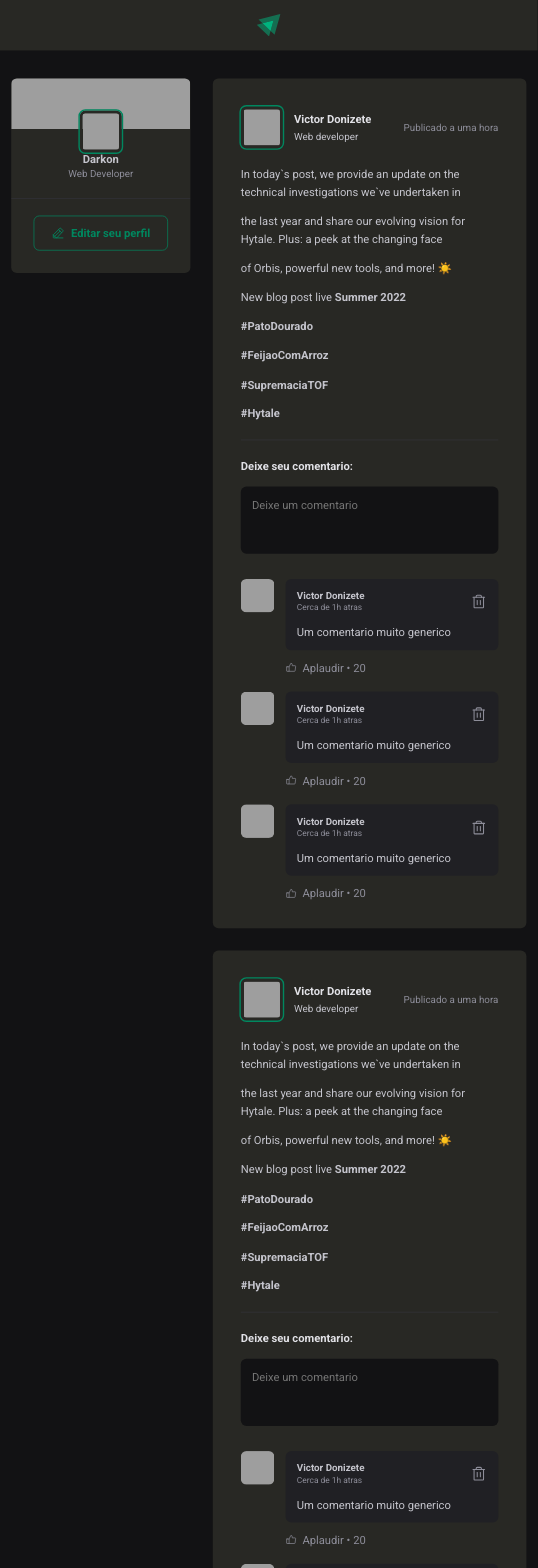
Repository: viviij/PseudoRedeSocial
Page: /
An editor plug-in stored every save of this project. The page is shown before and after the next save, followed by the edit.
The browser window is 768 px wide. The pictures show the part of the page from y = 0 to 2240 px (the page is 2612 px tall before and 2820 px after), at 70% of full size.
Pictures or frames that could not be fetched are drawn as grey boxes. The project was rebuilt for these pictures with package versions that can differ from the ones it lists, and the page was loaded fresh each time. Also part of the build but not shown: vite.config.js.

Above is the page before, as saved 2022-08-02 15:11:44.

### index.html
<!DOCTYPE html>
<html lang="en">
  <head>
    <meta charset="UTF-8" />
    <link rel="preconnect" href="https://fonts.googleapis.com">
    <link rel="preconnect" href="https://fonts.gstatic.com" crossorigin>
    <link rel="icon" type="image/svg+xml" href="/vite.svg" />
    <meta name="viewport" content="width=device-width, initial-scale=1.0" />
    <link href="https://fonts.googleapis.com/css2?family=Roboto:wght@400;700&display=swap" rel="stylesheet">
    <title>RedeSocial</title>
  </head>
  <body>
    <div id="root"></div>
    <script type="module" src="/src/main.jsx"></script>
  </body>
</html>

### src/App.jsx
import { Header } from "./components/header";
import { Sidebar } from "./components/Sidebar"
import { Post } from "./components/Post"

import styles from "./App.module.css"
import "./global.css"
export function App() {
  return (
    <div>
      <Header />

      <div className={styles.wrapper}>
        <Sidebar />
        <main>
          <Post
            author="Victor Donizete"
            content="Texto generico criado apenas para simular uma postagem"
          />
          <Post
            author="Fernanda Medeiros"
            content="Texto generico criado apenas para simular uma postagem"
          />
        </main>
      </div>
    </div>
  )
}

### src/components/header.jsx
import styles from "./Header.module.css"

import IgniteLogo from '../assets/IgniteLogo.svg'

export function Header() {
  return (
    <header className={styles.header}>
      <img src={IgniteLogo} alt="Logo da ignite" />
    </header>
  )
}

### src/components/Sidebar.jsx
import styles from "./Sidebar.module.css"
import { PencilLine } from "phosphor-react"
import { Avatar } from "./Avatar"

export function Sidebar() {
  return (
    <aside className={styles.sidebar}>
      <img
        className={styles.cover}
        src="https://images.unsplash.com/photo-1659095579647-7c1bbc73b36f?ixlib=rb-1.2.1&ixid=MnwxMjA3fDB8MHxlZGl0b3JpYWwtZmVlZHw1fHx8ZW58MHx8fHw%3D&auto=format&fit=crop&w=500&q=10" alt="plano de fundo"
      />

      <div className={styles.profile}>
        <Avatar
          src="https://github.com/viviij.png"
          alt="Foto de perfil"
        />

        <strong>Darkon</strong>
        <span>Web Developer</span>
      </div>

      <footer>
        <a
          href="#">
          <PencilLine
            size={20}
          />
          Editar seu perfil
        </a>
      </footer>
    </aside>
  )
}

### src/components/Post.jsx
import { Avatar } from "./Avatar"
import { Comment } from "./Comment"
import styles from "./Post.module.css"

export function Post() {
  return (
    <article className={styles.post}>
      <header>
        <div className={styles.author}>
          <Avatar src="https://github.com/viviij.png" alt="Foto do perfil" />
          <div className={styles.authorInfo}>
            <strong>Victor Donizete</strong>
            <span>Web developer</span>
          </div>
        </div>
        <time title="1 de agosto as 00:13h" dateTime="2022-05-11 00:13:46">Publicado a uma hora</time>
      </header>

      <div className={styles.content}>
        <p> In today`s post, we provide an update on the technical investigations we`ve undertaken in</p> <p> the last year and share our evolving vision for Hytale. Plus: a peek at the changing face </p>
        <p> of Orbis, powerful new tools, and more! ☀️ </p>
        <p>New blog post live <a href="https://hytale.com/news/2022/7/summer-2022-development-update">Summer 2022</a></p>

        <p><a href="#">#PatoDourado</a></p>{' '}
        <p><a href="#">#FeijaoComArroz</a></p>{' '}
        <p><a href="#">#SupremaciaTOF</a></p>{' '}
        <p><a href="#">#Hytale</a></p>
      </div>

      <form className={styles.commentForm}>
        <strong>Deixe seu comentario: </strong>

        <textarea
          placeholder="Deixe um comentario"
        />
        <footer>
          <button type="submit">Comentar</button>

        </footer>
      </form>

      <div className={styles.commentList}>
        <Comment />
        <Comment />
        <Comment />
      </div>
    </article>
  )
}

### src/App.module.css
.wrapper {
  max-width: 70rem;
  margin: 2rem auto;
  padding: 0.5rem 1rem;

  display: grid;
  grid-template-columns: 256px 1fr;
  gap: 2rem;
  align-items: flex-start;

}

### src/global.css
:root {
  --white: #ffffff;

  --gray-100: #e1e1e6;
  --gray-300: #c4c4cc;
  --gray-400: #8d8d99;
  --gray-600: #323238;
  --gray-700: #29292e;
  --grey-750: #202024;
  --gray-800: #282824;
  --gray-900: #121214;

  --green-300: #00B37E;
  --green-500: #00875f;

  --red-500: #F75A68;
}

:focus {
  outline: transparent;
  box-shadow: 0 0 0 2px var(--green-500)
}

* {
  margin: 0;
  padding: 0;
  box-sizing: border-box;
}

body {
  background: var(--gray-900);
  color: var(--gray-300);
  -webkit-font-smoothing: antialiased;
}

body,
input,
textarea,
button {
  font-family: 'Roboto', sans-serif;
  font-weight: 400;
  font-size: 1rem;
}

### src/components/Sidebar.module.css
.sidebar {
  background: var(--gray-800);
  border-radius: 8px;
  overflow: hidden;
}

.cover {
  width: 100%;
  height: 72px;
  object-fit: cover;
}

.profile {
  display: flex;
  flex-direction: column;
  align-items: center;

  margin-top: calc(0px - 1.5rem - 6px);
}


.prfile strong {
  margin: 1rem;
  color: var(--gray-100);
  line-height: 1.6;
}

.profile span {
  font-size: 0.875rem;
  color: var(--gray-400);
  line-height: 1.6;
}

.sidebar footer {
  border-top: 1px solid var(--gray-600);
  margin-top: 1.5rem;
  padding: 1.5rem 2rem 2rem;
}

.sidebar footer a {
  width: 100%;
  background: transparent;
  color: var(--green-500);
  border: 1px solid var(--green-500);
  border-radius: 8px;
  height: 50px;
  padding: 0 1.5rem;
  font-weight: bold;
  display: block;
  text-decoration: none;

  display: flex;
  align-items: center;
  justify-content: center;

  gap: 0.5rem;

  transition: color 0.5s, background-color 0.5s;
}

.sidebar footer a:hover {
  background: var(--green-500);
  color: var(--white)
}

### src/components/Avatar.jsx
import styles from "./Avatar.module.css"

export function Avatar({ hasBorder = true, src }) {
  return (
    <img
      src={src}
      className={hasBorder ? styles.avatarWithBorder : styles.avatar}
    />
  )
}

### src/components/Comment.jsx
import { ThumbsUp, Trash } from "phosphor-react"
import { Avatar } from "./Avatar"
import styles from "./Comment.module.css"

export function Comment() {
  return (
    <div className={styles.comment}>
      <Avatar hasBorder={false} src="https://github.com/viviij.png" alt="Imagem de perfil" />

      <div className={styles.commentBox}>
        <div className={styles.commentContent}>
          <header>
            <div className={styles.authorAndTime}>
              <strong>Victor Donizete</strong>
              <time
                title="1 de agosto as 00:13h"
                dateTime="2022-05-11 00:13:46">Cerca de 1h atras
              </time>
            </div>

            <button title="deletar comentario">
              <Trash size={24} />
            </button>
          </header>

          <p>Um comentario muito generico</p>
        </div>

        <footer>
          <button>
            <ThumbsUp />
            Aplaudir <span>20</span>
          </button>
        </footer>
      </div>
    </div>
  )
}

### src/components/Post.module.css
.post {
  background: var(--gray-800);
  border-radius: 8px;
  padding: 2.5rem;
}

.post+.post {
  margin-top: 2rem;
}

.content {
  line-height: 1.6;
  color: var(--gray-300);
  margin-top: 1.5rem;
}

.content p {
  margin-top: 1rem;
}

.content a {
  font-weight: bold;
  color: var(--gray-500);
  text-decoration: none;
}

.content a:hover {
  color: var(--green-300);
}

.post>header {
  display: flex;
  align-items: center;
  justify-content: space-between;
}

.post>header time {
  font-size: 0.875rem;
  color: var(--gray-400);
}

.author {
  display: flex;
  align-items: center;
  gap: 1rem;
}

.author img {
  width: calc(3rem + 12px);
  height: calc(3rem + 12px);
  border-radius: 8px;
  border: 4px solid var(--gray-800);
  outline: 2px solid var(--green-500);
}

.authorInfo strong {
  display: block;
  color: var(--gray-100);
  line-height: 1.6;
}

.authorInfo span {
  display: block;
  font-size: 0.875rem;
  color: var(--grey-400);
  line-height: 1.6;
}

.commentForm {
  width: 100%;
  margin-top: 1.5rem;
  padding-top: 1.5rem;
  border-top: 1px solid var(--gray-600);
}

.commentForm>strong {
  line-height: 1.6;
  color: var(--gray-100);
}

.commentForm textarea {
  width: 100%;
  background: var(--gray-900);
  border: 0;
  resize: none;
  height: 6rem;
  padding: 1rem;
  border-radius: 8px;
  color: var(--gray-100);
  line-height: 1.4;
  margin-top: 1rem;
}

.commentForm footer {
  visibility: hidden;
  max-height: 0;

}

.commentForm:focus-within footer {
  visibility: visible;
  max-height: none;
  transition: 1s;
}

.commentForm button[type=submit] {
  padding: 1rem 1.5rem;
  margin-top: 1rem;
  border-radius: 8px;
  border: 0;
  background: var(--green-500);
  color: var(--white);
  font-weight: bold;
  cursor: pointer;

  transition: background-color 0.5s;
}

.commentForm button[type=submit]:hover {
  background: var(--green-300);
}

.commentList {
  margin-top: 2rem;
}

### src/components/Comment.module.css
.comment {
  margin-top: 1.5rem;
  display: flex;
  gap: 1rem;
}



.commentBox {
  flex: 1;
}

.commentContent {
  background: var(--grey-750);
  border-radius: 8px;
  padding: 1rem;
}

.commentContent header {
  display: flex;
  align-items: center;
  justify-content: space-between;
}

.authorAndTime strong {
  display: block;
  font-size: 0.875rem;
  justify-content: space-between;
}

.authorAndTime time {
  display: block;
  font-size: 0.75rem;
  line-height: 1.6;
  color: var(--gray-400);
}

.commentContent header button {
  background: transparent;
  border: 0;
  color: var(--gray-400);
  cursor: pointer;
  line-height: 0;
  border-radius: 2px;
}

.commentContent header button:hover {
  color: var(--red-500);
}

.commentContent p {
  margin-top: 1rem;
  color: var(--grey-300);
}

.commentBox footer {
  margin-top: 1rem;
}

.commentBox footer button {
  background: transparent;
  border: 0;
  color: var(--gray-400);
  cursor: pointer;

  display: flex;
  align-items: center;

  border-radius: 2px;
}

.commentBox footer button:hover {
  color: var(--green-300);
}

.commentBox footer button svg {
  margin-right: 0.5rem;
}

.commentBox footer button span::before {
  padding: 0.25rem;
  content: "\2022";
}

Loaded but not shown: src/main.jsx (common file); src/components/Header.module.css (common file); src/components/Avatar.module.css (common file)

After the next save:
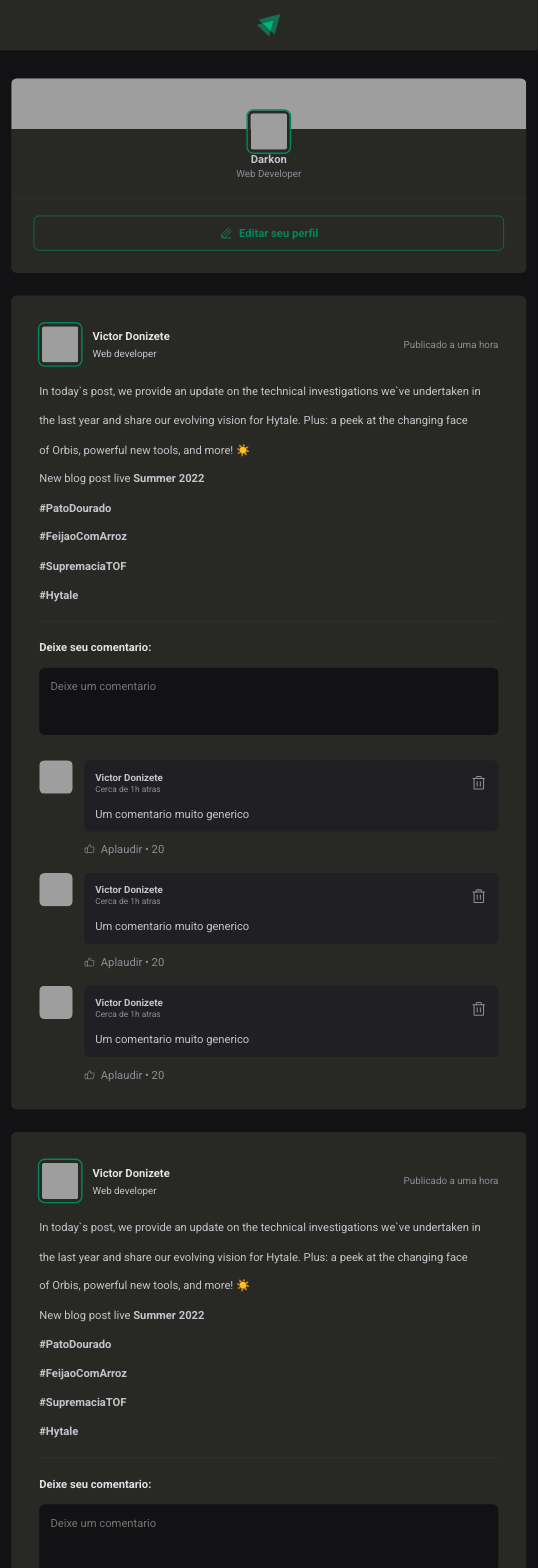
Saved 59 min 55 s later.
--- a/src/App.module.css
+++ b/src/App.module.css
@@ -9,3 +9,9 @@
   align-items: flex-start;
 
 }
+
+@media(max-width: 768px) {
+  .wrapper {
+    grid-template-columns: 1fr;
+  }
+}
